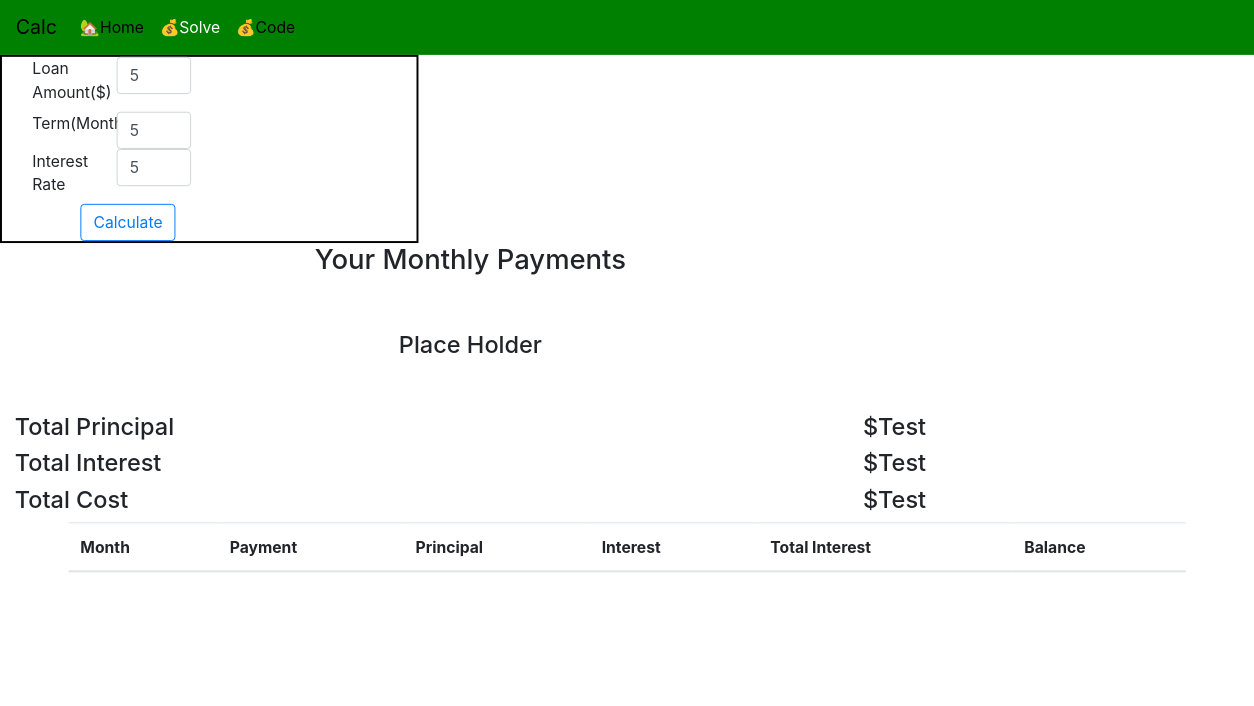
Repository: zhadjah9559/MortgageManager
Page: solve.html
An editor plug-in stored every save of this project. The page is shown before and after a run of saves, followed by the edit.
The browser window is 1280 px wide. The pictures show the whole page, at 98% of full size.
Empty fields were first filled with sample values (such as "Sample", 5 or name@example.com).
After loading, the first visible `button.btn` was clicked once.

Above is the page before, as saved 2021-01-16 14:50:18.
Console error: SyntaxError: Unexpected token '**'

### solve.html
<!doctype html>
<html lang="en">
  <head>
    <title>Mortgage Loan Calculator</title>
    <!-- Required meta tags -->
    <meta charset="utf-8">
    <meta name="viewport" content="width=device-width, initial-scale=1, shrink-to-fit=no">

    <!-- Bootstrap CSS -->
    <link rel="stylesheet" href="https://stackpath.bootstrapcdn.com/bootstrap/4.3.1/css/bootstrap.min.css" integrity="sha384-ggOyR0iXCbMQv3Xipma34MD+dH/1fQ784/j6cY/iJTQUOhcWr7x9JvoRxT2MZw1T" crossorigin="anonymous">
    <link rel="stylesheet" href="css/custom.css">
    <link rel="stylesheet" href="css/prism.css">
  </head>
  <body>

    <nav class="navbar navbar-expand-sm navbar-dark" style="background-color: green;">
        <a class="navbar-brand" href="#">Calc</a>
        <button class="navbar-toggler d-lg-none" type="button" data-toggle="collapse" data-target="#collapsibleNavId" aria-controls="collapsibleNavId"
            aria-expanded="false" aria-label="Toggle navigation"></button>
        <div class="collapse navbar-collapse" id="collapsibleNavId">
            <ul class="navbar-nav mr-auto mt-2 mt-lg-0">
                <li class="nav-item ">
                    <a class="nav-link" href="index.html">🏡Home </a>
                </li>
                <li class="nav-item active">
                    <a class="nav-link" href="solve.html">💰Solve <span class="sr-only">(current)</span></a>
                </li>
                <li class="nav-item">
                    <a class="nav-link" href="code.html">💰Code</a>
                </li>
            </ul>
        </div>
    </nav>

    </div>

    <div class="container-fluid">
        <div class="row">

            <div class="col-lg-4" style="border:2px solid black;">
                <div class="row">
                    <div class="col-2 ml-3">
                        <label for="Loan Amount">Loan Amount($)</label>
                    </div>
                    <div class="col-3 ml-3">
                        <input type="number" class="form-control" id="loanAmount" placeholder="100000">
                    </div>
                </div>
                <div class="row">
                    <div class="col-2 ml-3">
                        <label for="Term">Term(Months)</label>
                    </div>
                    <div class="col-3 ml-3">
                        <input type="number" class="form-control" id="months" placeholder="60">
                    </div>
                </div>
                <div class="row">
                    <div class="col-2 ml-3">
                        <label for="Interest Rate">Interest Rate</label>
                    </div>
                    <div class="col-3 ml-3">
                        <input type="number" class="form-control" id="interestRate" placeholder="3.5%">
                    </div>
                </div>
                <div class="row offset-2">
                    <button class="btn btn-outline-primary" type="submit" onclick="calculateLoan()">Calculate</button>
                </div>
            </div>



            <div class="col-lg-9 mr-3" style="border:px solid black;">
                <div class="row justify-content-center">
                    <h3>Your Monthly Payments</h3>
                </div>


                <div class="row justify-content-center mt-5">
                    <h4 id="monthlyPayment">Place Holder</h4>
                </div>


                <div class="row justify-content-center mt-5">
                    <div class="col-3">
                        <h4>Total Principal</h4>
                    </div>
                    <div class="col-3 offset-6">
                        <h4 id="totalPrincipalOutput" class="text-right">$Test</h4>
                    </div>


                    <div class="col-3">
                        <h4>Total Interest</h4>
                    </div>
                    <div class="col-3 offset-6">
                        <h4 id="totalInterestOutput" class="text-right">$Test</h4>
                    </div>


                    <div class="col-3">
                        <h4>Total Cost</h4>
                    </div>
                    <div class="col-3 offset-6">
                        <h4 id="totalCostOutput" class="text-right">$Test</h4>
                    </div>

                </div>
            </div>

        </div>
    </div>


    <div class="container">
        <div class="row">
            <table class="table table-striped">
                <thead>
                    <tr>
                        <th>Month</th>
                        <th>Payment</th>
                        <th>Principal</th>
                        <th>Interest</th>
                        <th>Total Interest</th>
                        <th>Balance</th>
                    </tr>
                </thead>
                <tbody id="tBody">

                </tbody>
            </table>
        </div>
    </div>



    <!-- Optional JavaScript -->
    <!-- jQuery first, then Popper.js, then Bootstrap JS -->
    <script src="https://code.jquery.com/jquery-3.3.1.slim.min.js" integrity="sha384-q8i/X+965DzO0rT7abK41JStQIAqVgRVzpbzo5smXKp4YfRvH+8abtTE1Pi6jizo" crossorigin="anonymous"></script>
    <script src="https://cdnjs.cloudflare.com/ajax/libs/popper.js/1.14.7/umd/popper.min.js" integrity="sha384-UO2eT0CpHqdSJQ6hJty5KVphtPhzWj9WO1clHTMGa3JDZwrnQq4sF86dIHNDz0W1" crossorigin="anonymous"></script>
    <script src="https://stackpath.bootstrapcdn.com/bootstrap/4.3.1/js/bootstrap.min.js" integrity="sha384-JjSmVgyd0p3pXB1rRibZUAYoIIy6OrQ6VrjIEaFf/nJGzIxFDsf4x0xIM+B07jRM" crossorigin="anonymous"></script>
    <script src="js/custom.js"></script>
    <script src="js/prism.js"></script>
  </body>
</html>

### css/custom.css
.navbar-dark .navbar-nav .active>.nav-link{
    color:white;
}
.navbar-dark .navbar-nav .nav-link{
    color:black;
}
.navbar .navbar-brand{
    color:black;
}

### css/prism.css
/* PrismJS 1.23.0
https://prismjs.com/download.html#themes=prism-okaidia&languages=markup+css+clike+javascript&plugins=normalize-whitespace */
/**
 * okaidia theme for JavaScript, CSS and HTML
 * Loosely based on Monokai textmate theme by http://www.monokai.nl/
 * @author ocodia
 */

code[class*="language-"],
pre[class*="language-"] {
	color: #f8f8f2;
	background: none;
	text-shadow: 0 1px rgba(0, 0, 0, 0.3);
	font-family: Consolas, Monaco, 'Andale Mono', 'Ubuntu Mono', monospace;
	font-size: 1em;
	text-align: left;
	white-space: pre;
	word-spacing: normal;
	word-break: normal;
	word-wrap: normal;
	line-height: 1.5;

	-moz-tab-size: 4;
	-o-tab-size: 4;
	tab-size: 4;

	-webkit-hyphens: none;
	-moz-hyphens: none;
	-ms-hyphens: none;
	hyphens: none;
}

/* Code blocks */
pre[class*="language-"] {
	padding: 1em;
	margin: .5em 0;
	overflow: auto;
	border-radius: 0.3em;
}

:not(pre) > code[class*="language-"],
pre[class*="language-"] {
	background: #272822;
}

/* Inline code */
:not(pre) > code[class*="language-"] {
	padding: .1em;
	border-radius: .3em;
	white-space: normal;
}

.token.comment,
.token.prolog,
.token.doctype,
.token.cdata {
	color: #8292a2;
}

.token.punctuation {
	color: #f8f8f2;
}

.token.namespace {
	opacity: .7;
}

.token.property,
.token.tag,
.token.constant,
.token.symbol,
.token.deleted {
	color: #f92672;
}

.token.boolean,
.token.number {
	color: #ae81ff;
}

.token.selector,
.token.attr-name,
.token.string,
.token.char,
.token.builtin,
.token.inserted {
	color: #a6e22e;
}

.token.operator,
.token.entity,
.token.url,
.language-css .token.string,
.style .token.string,
.token.variable {
	color: #f8f8f2;
}

.token.atrule,
.token.attr-value,
.token.function,
.token.class-name {
	color: #e6db74;
}

.token.keyword {
	color: #66d9ef;
}

.token.regex,
.token.important {
	color: #fd971f;
}

.token.important,
.token.bold {
	font-weight: bold;
}
.token.italic {
	font-style: italic;
}

.token.entity {
	cursor: help;
}

### js/custom.js
function calculateLoan(){
    let loanAmount = parseInt( document.getElementById("loanAmount").value )
    let months = parseInt( document.getElementById("months").value )
    //before the very first month
    let remainingBalance = new Array()
    remainingBalance.push( loanAmount )

    //DONT FORGET TO CONVERT THIS TO A PERCENTAGE
    let interestRate = parseInt( document.getElementById("interestRate").value )

    //Keep track of interest payments
    let interestPayment = new Array()

    //Keep track of principal payments
    let principalPayments = new Array()

    //keep track of total interest
    let totalInterest = new Array()

    //END OF DECLARATIONS*******************************************************

    //input validation to make sure interest is solid number
    if(interestRate >= 100){

    }

    //Total Monthly Payment  ***STATIC variable***                                       //(1+rate/1200)^(-NumberOfMonths)
    let totalMonthlyPayment = (loanAmount) * (interestRate/1200) / (1 -   Math.pow( (1 + interestRate/1200) , (-months) ) )


    //loop will perform 60 times meaning you will get 60 indices
    for (let i = 0; i < months; i++) {
        //Interest Payment
        interestPayment.push(  (remainingBalance) * (interestRate/1200)  )

        //totalInterest
        totalInterest.push( (totalMonthlyPayment) - (principalPayments) )

        //principal payment
        principalPayments.push(  totalMonthlyPayment - interestPayment  )

        remainingBalance.push( remainingBalance - principalPayments )
    }






    //will later on be used in order to display output
    let tBody ="";
    for (let i = 0; i < months; i++) {
        tBody += `<tr> <td>${ i+1 }</td>
                       <td>$${  (Math.round(totalMonthlyPayment * 100) / 100).toFixed(2) }</td>
                       <td>$${  (Math.round(principalPayments[i] * 100) / 100).toFixed(2)   }</td>
                       <td>${   (Math.round(interestPayment[i] * 100) / 100).toFixed(2) }%</td>
                     **<td>$${  (Math.round(**interest**[i+1] * 100) / 100).toFixed(2)   }</td>**
                       <td>$${  (Math.round(remainingBalance[i+1] * 100) / 100).toFixed(2)   }</td>
                 </tr>`
    }
    document.getElementById("tBody").innerHTML = tBody


}

Loaded but not shown: js/prism.js (library)

After the next 3 saves:
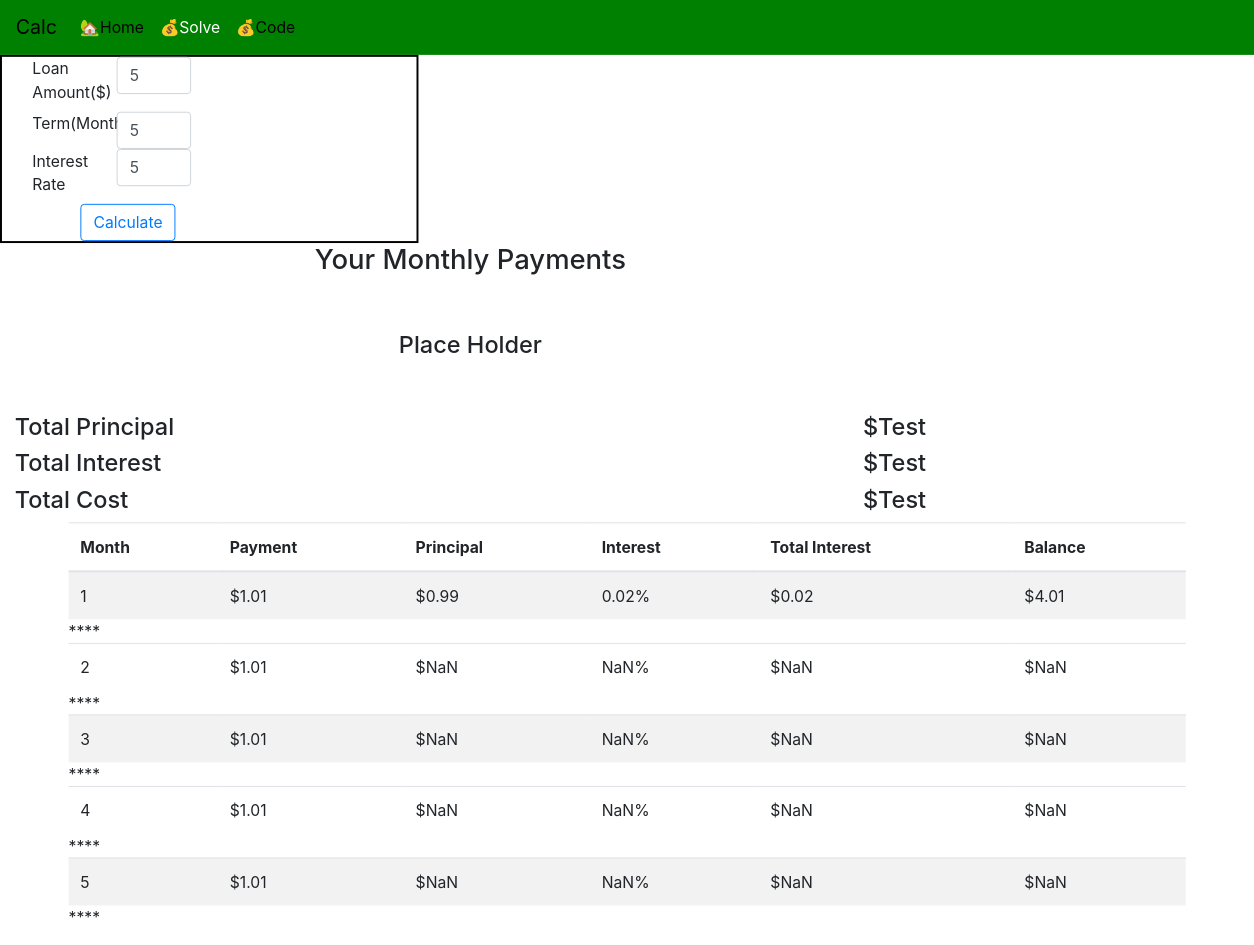
The error is gone.
The 3 saves are shown as one change because they came seconds apart.
The last was saved 23 s later.
--- a/js/custom.js
+++ b/js/custom.js
@@ -54,7 +54,7 @@ function calculateLoan(){
                        <td>$${  (Math.round(totalMonthlyPayment * 100) / 100).toFixed(2) }</td>
                        <td>$${  (Math.round(principalPayments[i] * 100) / 100).toFixed(2)   }</td>
                        <td>${   (Math.round(interestPayment[i] * 100) / 100).toFixed(2) }%</td>
-                     **<td>$${  (Math.round(**interest**[i+1] * 100) / 100).toFixed(2)   }</td>**
+                     **<td>$${  (Math.round(totalInterest[i+1] * 100) / 100).toFixed(2)   }</td>**
                        <td>$${  (Math.round(remainingBalance[i+1] * 100) / 100).toFixed(2)   }</td>
                  </tr>`
     }
